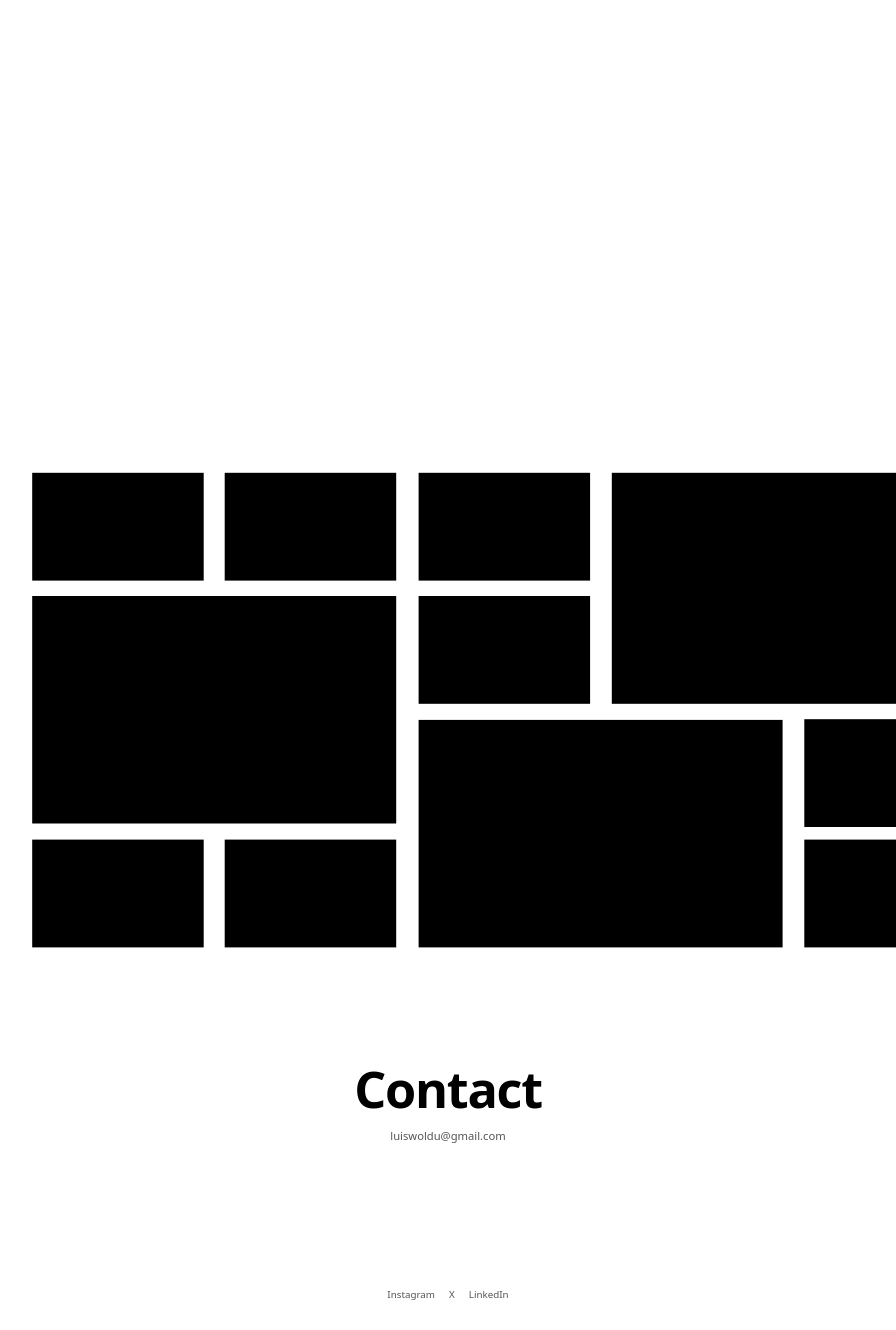
Repository: luiswoldu/personal
Page: /
These files come from the project's save history. The page is drawn as it stood at one moment and after the next save; the edit follows.
The browser window is 1280 px wide. The pictures show the part of the page from y = 788 to 2708 px (the page is 2688 px tall before and 2708 px after), at 70% of full size.
The project was rebuilt for these pictures with package versions that can differ from the ones it lists, and the page was loaded fresh each time. Also part of the build but not shown: vite.config.js.

Above is the page before, as saved 2025-01-08 22:30:56.

### index.html
<!doctype html>
<html lang="en">
  <head>
    <meta charset="UTF-8" />
    <link rel="icon" type="image/svg+xml" href="/vite.svg" />
    <meta name="viewport" content="width=device-width, initial-scale=1.0" />
    <link rel="preconnect" href="https://fonts.googleapis.com">
    <link rel="preconnect" href="https://fonts.gstatic.com" crossorigin>
    <link href="https://fonts.googleapis.com/css2?family=Montserrat:wght@400;700&display=swap" rel="stylesheet">
    <title>Vite + React</title>
  </head>
  <body>
    <div id="root"></div>
    <script type="module" src="/src/main.jsx"></script>
  </body>
</html>

### src/index.css
@tailwind base;
@tailwind components;
@tailwind utilities;

/* Reset all containers */
html, body, #root, #app {
  margin: 0 !important;
  padding: 0 !important;
  width: 100vw !important;
  max-width: 100vw !important;
  overflow-x: hidden !important;
}

.gallery-grid {
  width: fit-content;
  height: 750px;
  position: relative;
  margin: 0;
  padding: 24px;
  background-color: #ffffff;
}

.gallery-item {
  background-color: #000000;
  overflow: hidden;
  position: absolute;
  color: white;
  opacity: 0;
  transform: translateY(20px);
  /* Remove the animation from base class */
}

/* Only apply animation when animate class is present */
.gallery-item.animate {
  animation: fadeInUp 0.8s ease-out forwards;
}

/* Define keyframes for the fade-in-up animation */
@keyframes fadeInUp {
  0% {
    opacity: 0;
    transform: translateY(20px);
  }
  100% {
    opacity: 1;
    transform: translateY(0);
  }
}

/* Apply staggered animation delays for each tile */
.gallery-item.animate:nth-child(1) { animation-delay: 0s; }
.gallery-item.animate:nth-child(2) { animation-delay: 0.1s; }
.gallery-item.animate:nth-child(3) { animation-delay: 0.2s; }
.gallery-item.animate:nth-child(4) { animation-delay: 0.3s; }
.gallery-item.animate:nth-child(5) { animation-delay: 0.4s; }
.gallery-item.animate:nth-child(6) { animation-delay: 0.5s; }
.gallery-item.animate:nth-child(7) { animation-delay: 0.6s; }
.gallery-item.animate:nth-child(8) { animation-delay: 0.7s; }

/* Base tile sizes */
.small-tile {
  width: 245px;
  height: 154px;
}

.large-tile {
  width: 520px;
  height: 325px;
}

/* First row - Adjusted gaps to align with large2 */
.small1 { left: 46px; top: 24px; }
.small2 { left: 321px; top: 24px; }
.small3 { left: 598px; top: 24px; }  /* Changed from 595px to 594px */
.large1 { left: 874px; top: 24px; }

/* Second row */
.large2 { left: 46px; top: 200px; }
.small6 { left: 598px; top: 200px; }

/* Third row - Adjusted gaps to align with large2 */
.small4 { left: 46px; top: 548px; }
.small5 { left: 321px; top: 548px; }
.large3 { left: 598px; top: 377px; }  /* Changed from 595px to 594px */

/* Vertically stacked beside large3 */
.small7 {
    left: 1149px;
    top: 376px;
}
.small8 {
    left: 1149px;
    top: 548px;
}

.large1 {
  left: 874px;
  top: 24px;
  height: 330px; /* Increased from 325px to 330px */
}

### src/App.jsx
import { useState } from 'react'
import './App.css'
import TabBar from './components/TabBar'
import ScrollTransformHeader from './components/ScrollTransformHeader.jsx'
import Introduction from './components/Introduction'
import Work from './components/Work'
import Contact from './components/Contact'
import Footer from './components/Footer.jsx'

function App() {
  return (
    <>
      <TabBar />
      <div style={{ paddingTop: '60px', margin: 0, padding: 0, width: '100%' }}>
        <ScrollTransformHeader />
        <Introduction />
        <Work />
        <Contact />
        <Footer />
      </div>
    </>
  );
}

export default App;

### src/components/TabBar.jsx
import React, { useState, useEffect } from 'react';
import { motion } from 'framer-motion';

const TabBar = () => {
  const [activeSection, setActiveSection] = useState('none');

  useEffect(() => {
    const handleScroll = () => {
      const scrollY = window.scrollY;

      if (scrollY < 250) {
        setActiveSection('none');
      } else if (scrollY >= 250 && scrollY < 800) {
        setActiveSection('about');
      } else if (scrollY >= 800 && scrollY < 1760) {
        setActiveSection('work');
      } else if (scrollY >= 1760) {
        setActiveSection('contact');
      }
    };

    window.addEventListener('scroll', handleScroll);
    return () => window.removeEventListener('scroll', handleScroll);
  }, []);

  const getButtonStyle = (buttonName) => ({
    backgroundColor: '#f1f1f1',
    margin: '0 8px',
    padding: '15px 20px',
    paddingTop: '64px',
    paddingBottom: '40px',
    cursor: 'pointer',
    transition: 'all 0.3s ease',
    fontSize: '10.27px',
    fontFamily: 'ui-sans-serif, system-ui, -apple-system, BlinkMacSystemFont, "Segoe UI", Roboto, "Helvetica Neue", Arial, sans-serif',
    fontWeight: '700',
    textTransform: 'uppercase',
    color: activeSection === buttonName.toLowerCase() ? '#000' : '#999',
    border: 'none',
  });

  return (
    <div
      className="tab-bar"
      style={{
        backgroundColor: '#f1f1f1',
        minHeight: '60px',
        position: 'fixed',
        top: 0,
        left: 0,
        right: 0,
        zIndex: 9999,
        display: 'flex',
        justifyContent: 'center',
        alignItems: 'center',
      }}
    >
      <div style={{ display: 'flex', alignItems: 'center', gap: '16px' }}>
        <button style={getButtonStyle('about')}>
          <motion.span
            initial={{ opacity: 0, x: -30 }}
            animate={{ opacity: 1, x: 0 }}
            transition={{ type: 'spring', stiffness: 100, damping: 25, delay: 0.2 }}
          >
            ABOUT
          </motion.span>
        </button>
        <button style={getButtonStyle('work')}>
          <motion.span
            initial={{ opacity: 0, x: -30 }}
            animate={{ opacity: 1, x: 0 }}
            transition={{ type: 'spring', stiffness: 100, damping: 25, delay: 0.4 }}
          >
            WORK
          </motion.span>
        </button>
        <button style={getButtonStyle('contact')}>
          <motion.span
            initial={{ opacity: 0, x: -30 }}
            animate={{ opacity: 1, x: 0 }}
            transition={{ type: 'spring', stiffness: 100, damping: 25, delay: 0.6 }}
          >
            CONTACT
          </motion.span>
        </button>
      </div>
    </div>
  );
};

export default TabBar;

### src/components/ScrollTransformHeader.jsx
import { useState, useEffect } from 'react';

const ScrollTransformHeader = () => {
  const [scrollProgress, setScrollProgress] = useState(0);

  const initialWidth = 805;
  const initialHeight = 330;

  useEffect(() => {
    const handleScroll = () => {
      const progress = Math.min(window.scrollY / 400, 1);
      setScrollProgress(progress);
    };

    window.addEventListener('scroll', handleScroll);
    return () => window.removeEventListener('scroll', handleScroll);
  }, []);

  const getAnimatedDimensions = (progress) => {
    if (progress <= 0.5) {
      const normalizedProgress = progress * 2;
      return {
        width: initialWidth + (window.innerWidth - initialWidth) * normalizedProgress,
        height: initialHeight + (124 - initialHeight) * normalizedProgress
      };
    } else {
      // Increase the shrinking speed by using a larger multiplier (e.g., 4 instead of 2)
      const normalizedProgress = (progress - 0.5) * 4; // Faster shrinking
      return {
        width: window.innerWidth,
        height: 124 * (1 - normalizedProgress)
      };
    }
  };

  const dimensions = getAnimatedDimensions(scrollProgress);
  const translateY = -218 * scrollProgress;

  return (
    <div className="w-full min-h-[200vh] bg-white relative">
      <div
        className="fixed left-1/2 top-[40%] bg-black transition-transform duration-75 ease-out"
        style={{
          width: `${dimensions.width}px`,
          height: `${dimensions.height}px`,
          transform: `translate(-50%, ${translateY}px)`,
        }}
      >
        <img
          src="https://pbs.twimg.com/ext_tw_video_thumb/1858517907182878720/pu/img/1jUUxnTvvX4G4nta.jpg"  // Replace with the actual image URL
          alt="Your description"
          className="absolute top-0 left-0 w-full h-full object-cover"
          style={{
            transform: 'none',  // Ensure the image is not affected by the container's transform
          }}
        />
      </div>
    </div>
  );
};

export default ScrollTransformHeader;

### src/components/Introduction.jsx
import React, { useState, useEffect } from 'react';

const Introduction = () => {
  const [isVisible, setIsVisible] = useState(false);

  useEffect(() => {
    const handleScroll = () => {
      if (window.scrollY >= 50) {
        setTimeout(() => {
          setIsVisible(true);
        }, 200);
      } else {
        setIsVisible(false);
      }
    };

    window.addEventListener('scroll', handleScroll);
    return () => window.removeEventListener('scroll', handleScroll);
  }, []);

  return (
    <div
      style={{
        display: 'flex',
        justifyContent: 'center',
        alignItems: 'center',
        height: '50vh',
        padding: '0 20px',
        backgroundColor: 'white',
        opacity: isVisible ? 1 : 0,
        transition: 'opacity 0.2s ease-in',
        position: 'relative',
        zIndex: 1,
        marginTop: '-80vh',
        marginBottom: '30vh'
      }}
    >
      <p
        style={{
          maxWidth: '600px',
          textAlign: 'left',
          lineHeight: '1.6',
          fontSize: '18px',
          fontFamily: 'ui-sans-serif, system-ui, -apple-system, BlinkMacSystemFont, "Segoe UI", Roboto, "Helvetica Neue", Arial, sans-serif',
          color: '#666666',
          paddingTop: '60px',
          fontWeight: '400'
        }}
      >
        Welcome, I'm James Owen, a British artist and designer based in San Francisco.
        <br /><br />
        As a former Creative Director at ManvsMachine, I've collaborated with brands such as Apple, Nike, Google, and Xbox. Together, we created remarkable projects that garnered worldwide recognition, including D&AD Pencils, Cannes Gold Lions, and many more.
        <br /><br />
        Currently, I'm creating groundbreaking experiences with the Apple Design Team while consuming copious amounts of tea.
      </p>
    </div>
  );
};

export default Introduction;

### src/components/Work.jsx
import React, { useEffect, useRef } from 'react';

const Work = () => {
  const observerRef = useRef(null);

  useEffect(() => {
    // Create intersection observer
    observerRef.current = new IntersectionObserver(
      (entries) => {
        entries.forEach(entry => {
          if (entry.isIntersecting) {
            entry.target.classList.add('animate');
            // Unobserve after animation is triggered so it won't repeat
            observerRef.current.unobserve(entry.target);
          }
        });
      },
      {
        threshold: 0.1 // Trigger when at least 10% of the element is visible
      }
    );

    // Observe all gallery items
    const galleryItems = document.querySelectorAll('.gallery-item');
    galleryItems.forEach(item => {
      observerRef.current.observe(item);
    });

    // Cleanup
    return () => {
      if (observerRef.current) {
        observerRef.current.disconnect();
      }
    };
  }, []);

  return (
    <div
      style={{
        minHeight: 'auto',
        height: '747px',
        backgroundColor: 'white',
        position: 'relative',
        zIndex: 0,
        padding: 0,
        margin: 0,
        width: 'auto',
        overflow: 'hidden',
        left: 0,
        right: 0
      }}
    >
      <div
        className="gallery-grid"
        style={{
          left: 0,
          margin: 0,
          padding: 0
        }}
      >
        {/* Small Tiles */}
        <div className="gallery-item small-tile small1" data-number="1" />
        <div className="gallery-item small-tile small2" data-number="2" />
        <div className="gallery-item small-tile small3" data-number="3" />
        <div className="gallery-item small-tile small4" data-number="4" />
        <div className="gallery-item small-tile small5" data-number="5" />
        <div className="gallery-item small-tile small6" data-number="6" />
        <div className="gallery-item small-tile small7" data-number="7" />
        <div className="gallery-item small-tile small8" data-number="8" />

        {/* Large Tiles */}
        <div className="gallery-item large-tile large1" data-number="9" />
        <div className="gallery-item large-tile large2" data-number="10" />
        <div className="gallery-item large-tile large3" data-number="11" />
      </div>
    </div>
  );
};

export default Work;

### src/components/Contact.jsx
import React, { useEffect, useState } from 'react';
import { useInView } from 'react-intersection-observer';
import './Contact.css';

const Contact = () => {
  const [isLoaded, setIsLoaded] = useState(false);
  const [titleRef, titleInView] = useInView({
    triggerOnce: true,
    threshold: 0.6,
  });

  const [emailRef, emailInView] = useInView({
    triggerOnce: true,
    threshold: 0.6,
  });

  useEffect(() => {
    setIsLoaded(true);
  }, []);

  return (
    <div
    style={{
      height: '400px',  // Reduced height by 30% from 550px
      backgroundColor: 'white',
      position: 'relative',
      zIndex: 1,
      margin: 0,
      padding: '120px 0 28px 0', // Keep the 28px padding at the bottom
      width: '100%',
    }}
  >


      <h1
        ref={titleRef}
        className={`text-6xl md:text-7xl font-bold text-center tracking-tight ${
          isLoaded ? (titleInView ? 'animate-text' : 'hidden-text') : ''
        }`}
      >
        Contact
      </h1>

      <a
        ref={emailRef}
        href="mailto:wecare@ju.st"
        style={{ color: '#555' }}
        className={`block text-center mt-5 ${
          isLoaded ? (emailInView ? 'animate-email' : 'hidden-email') : ''
        }`}
      >
        luiswoldu@gmail.com
      </a>
    </div>
  );
};

export default Contact;

### src/components/Footer.jsx
import React from 'react';

const Footer = () => {
  return (
    <div
      style={{
        textAlign: 'center',
        fontSize: '14px',
        padding: '40px 0', // Increased padding for top and bottom
        color: '#555',
      }}
    >
      <a
        href="https://instagram.com"
        target="_blank"
        rel="noopener noreferrer"
        style={{
          textDecoration: 'none',
          color: '#555',
          margin: '0 10px',
        }}
      >
        Instagram
      </a>
      <a
        href="https://twitter.com"
        target="_blank"
        rel="noopener noreferrer"
        style={{
          textDecoration: 'none',
          color: '#555',
          margin: '0 10px',
        }}
      >
        X
      </a>
      <a
        href="https://linkedin.com"
        target="_blank"
        rel="noopener noreferrer"
        style={{
          textDecoration: 'none',
          color: '#555',
          margin: '0 10px',
        }}
      >
        LinkedIn
      </a>
    </div>
  );
};

export default Footer;

### src/components/Contact.css
/* Initial hidden state for both title and email */
.hidden-text, .hidden-email {
  opacity: 0;
  transform: translateY(20px);
  transition: opacity 0.8s ease-in-out, transform 0.8s ease-in-out;
}

/* Animation class for text and email */
.animate-text, .animate-email {
  opacity: 1;
  transform: translateY(0);
  transition: opacity 0.8s ease-in-out, transform 0.8s ease-in-out;
}

/* Optionally add more smoothness for the email animation */
.animate-email {
  transition-delay: 0.2s; /* Slight delay for the email */
}

/* Optional additional styling to make the email look better */
a {
  text-decoration: none;
  color: inherit;
}

Loaded but not shown: src/main.jsx (common file); src/App.css (common file); tailwind.config.js (common file)

After the next save:
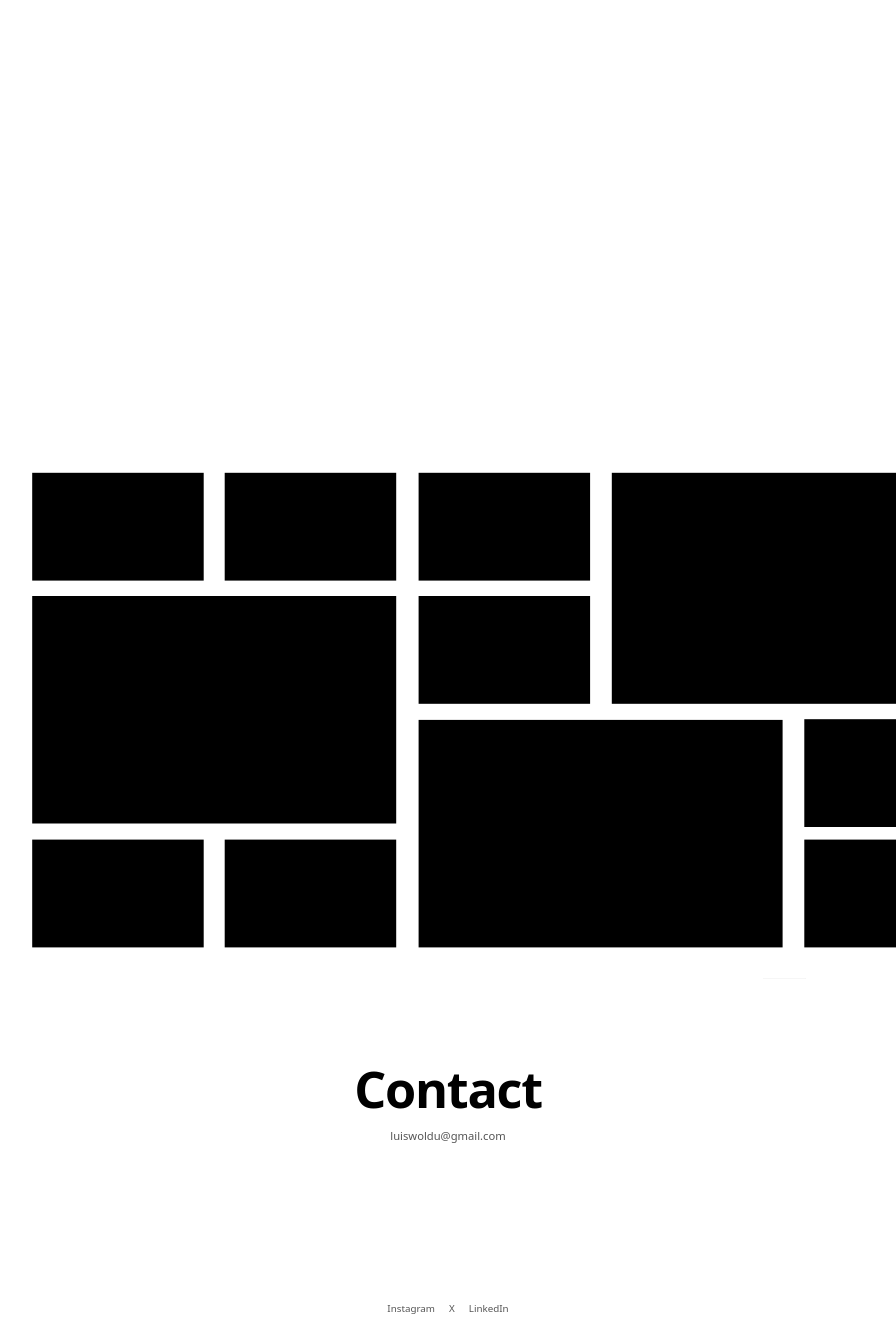
Saved 5 s later.
--- a/src/components/Contact.jsx
+++ b/src/components/Contact.jsx
@@ -21,7 +21,7 @@ const Contact = () => {
   return (
     <div
     style={{
-      height: '400px',  // Reduced height by 30% from 550px
+      height: '420px',  // Reduced height by 30% from 550px
       backgroundColor: 'white',
       position: 'relative',
       zIndex: 1,
